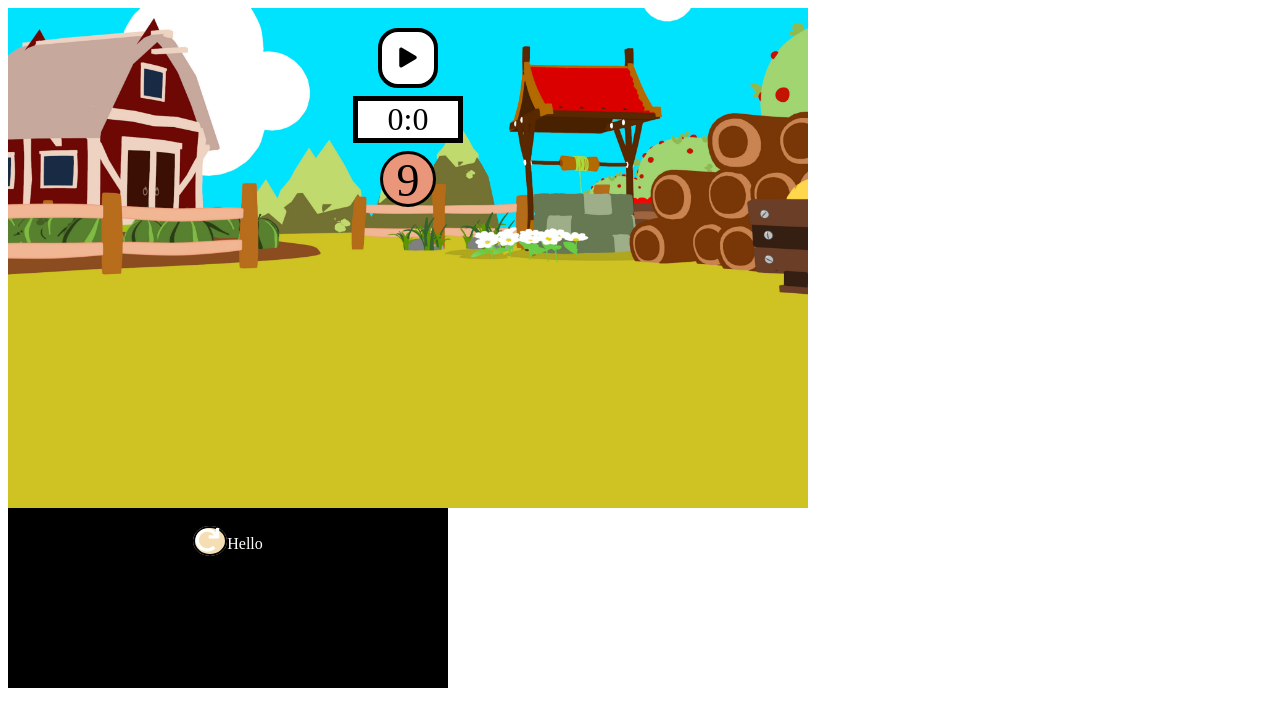
Repository: DevMinwoo-Jung/JavaScript101
Page: WebApIs/carrotClone/index.html
These files come from the project's save history. The page is drawn as it stood at one moment and after the next save; the edit follows.
The browser window is 1280 px wide. The pictures show the whole page.

Above is the page before, as saved 2021-06-22 14:47:47.

### WebApIs/carrotClone/index.html
<!DOCTYPE html>
<html lang="en">
<head>
  <meta charset="UTF-8">
  <meta http-equiv="X-UA-Compatible" content="IE=edge">
  <meta name="viewport" content="width=device-width, initial-scale=1.0">
  <link rel="stylesheet" href="style.css">
  <script src="main.js"></script>
  <link rel="stylesheet" href="https://use.fontawesome.com/releases/v5.15.3/css/all.css" integrity="sha384-SZXxX4whJ79/gErwcOYf+zWLeJdY/qpuqC4cAa9rOGUstPomtqpuNWT9wdPEn2fk" crossorigin="anonymous">
  <title>Fun game</title>
</head>
<body>
  <section class="game">
    <header class="game__header">
      <button class="game__button">
        <i class="fas fa-play"></i>
        <!-- <i class="fas fa-stop"></i> -->
      </button>
        <span class="game__timer">0:0</span>
        <span class="game__score">9</span>
    </header>
    <section class="game__field"></section>
  </section>
  <section class="pop-up">
    <buttno class="pop-up__refresh">
      <i class="fas fa-redo"></i>
    </buttno>
    <span class="pop-up__message">Hello</span>
  </section>
</body>
</html>

### WebApIs/carrotClone/style.css
.game {
  display: flex;
  flex-direction: column;
  width: 800px;
  height: 500px;
  background: url(img/background.png) center/cover;
}

button {
  border: none;
  outline: none;
  cursor: pointer;
}
.game__header {
  display: flex;
  flex-direction: column;
  align-items: center;
  padding: 20px;
}

.game__button {
  width: 60px;
  height: 60px;
  background-color: white;
  border: 4px solid black;
  font-size: 20px;
  transition: transfrom 300ms ease-in;
  border-radius: 20px;
}

.game__button:hover {
  transform: scale(1.1);
}

.game__timer {
  width: 100px;
  background-color: white;
  text-align: center;
  border: 5px solid black;
  font-size: 32px;
  margin-top: 8px;
}

.game__score {
  width: 50px;
  height: 50px;
  font-size: 46px;
  border: 3px solid black;
  background-color: darksalmon;
  border-radius: 50%;
  text-align: center;
  margin-top: 8px;
}

.game__field {
  background-color: blue;
  width: 100%px;
  margin-top: 40px;
  opacity: 0.4;
}

.pop-up {
  width: 400px;
  height: 140px;
  padding: 20px;
  background-color: black;
  color: white;
  text-align: center;
}

.pop-up__refresh {
  width: 60px;
  height: 60px;
  font-size: 24px;
  background-color: wheat;
  border: 2px solid black;
  border-radius: 50%;
}

.pop-up__mesage {
  display: block;
  font-size: 38px;
}

Loaded but not shown: WebApIs/carrotClone/main.js (no stored copy; drawn as an empty file)

After the next save:
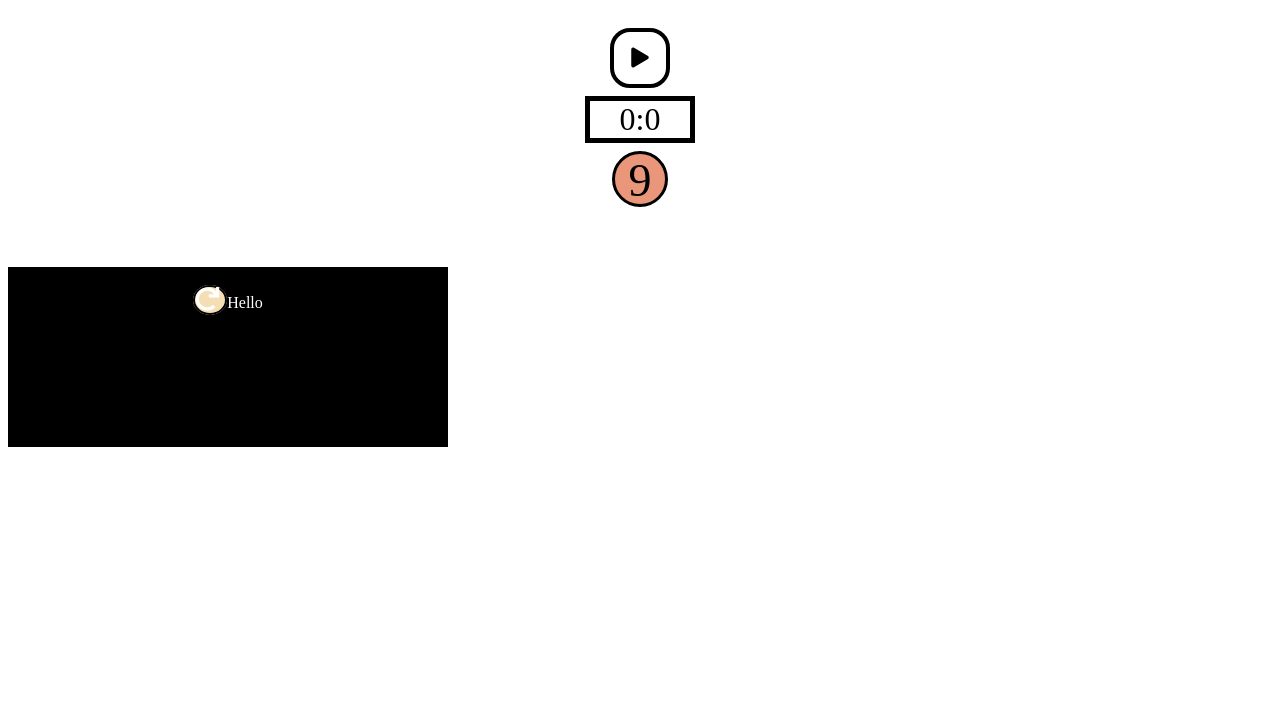
Saved 98 s later.
--- a/WebApIs/carrotClone/style.css
+++ b/WebApIs/carrotClone/style.css
@@ -1,9 +1,10 @@
-.game {
+b .game {
   display: flex;
   flex-direction: column;
   width: 800px;
   height: 500px;
   background: url(img/background.png) center/cover;
+  margin: auto;
 }
 
 button {
